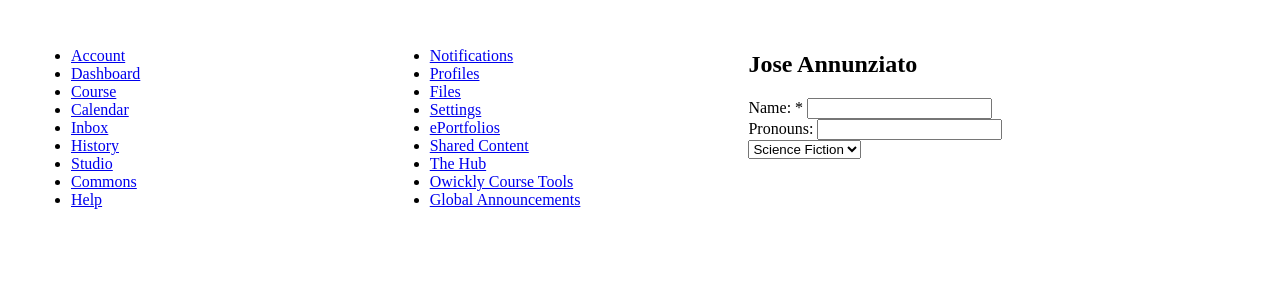
Repository: yuqiant/kanbas-react-web-app
Page: public/kanbas/profile/edit.html
An editor plug-in stored every save of this project. The page is shown before and after the next save, followed by the edit.
The browser window is 1280 px wide. The pictures show the whole page.

Above is the page before, as saved 2023-09-14 21:33:56.

### public/kanbas/profile/edit.html
<!DOCTYPE html>
<html lang="en">

<head>
    <meta charset="UTF-8">
    <meta name="viewport" content="width=device-width, initial-scale=1.0">
    <title>Column Interaction</title>
    <style>
        table {
            width: 100%;

        }

        td {
            width: 50%;
            border: 1px solid transparent;
            padding: 20px;
            vertical-align: top;
        }
    </style>
</head>

<body>
    <table>
        <tr>
            <td id="firstColumn" style="width: 150px;">
                <ul>
                    <li><a href="#">Account</a></li>
                    <li><a href="#">Dashboard</a></li>
                    <li><a href="#">Course</a></li>
                    <li><a href="#">Calendar</a></li>
                    <li><a href="#">Inbox</a></li>
                    <li><a href="#">History</a></li>
                    <li><a href="#">Studio</a></li>
                    <li><a href="#">Commons</a></li>
                    <li><a href="#">Help</a></li>
                </ul>
            </td>
            <td id="secondColumn" style="width: 150px;">
                <ul>
                    <li><a href="#">Notifications</a></li>
                    <li><a href="#">Profiles</a></li>
                    <li><a href="#">Files</a></li>
                    <li><a href="#">Settings</a></li>
                    <li><a href="#">ePortfolios</a></li>
                    <li><a href="#">Shared Content</a></li>
                    <li><a href="#">The Hub</a></li>
                    <li><a href="#">Owickly Course Tools</a></li>
                    <li><a href="#">Global Announcements</a></li>

                </ul>
            </td>
            <td id="thirdColumn" style="width: 250px;">
                <h2>Jose Annunziato</h2>

                <form id="text-fields">

                    <label for="text-fields-name">Name: *</label>
                    <input type="text" id="text-fields-name" /><br />
                    <label for="text-fields-pronouns">Pronouns:</label>
                    <input type="text" id="text-fields-name" /><br />

                    <select id="select-one-genre">
                        <option value="COMEDY">Comedy</option>
                        <option value="DRAMA">Drama</option>
                        <option selected value="SCIFI">
                            Science Fiction</option>
                        <option value="FANTASY">Fantasy</option>
                    </select>
                </form>


            </td>

        </tr>
    </table>

</body>

</html>

After the next save:
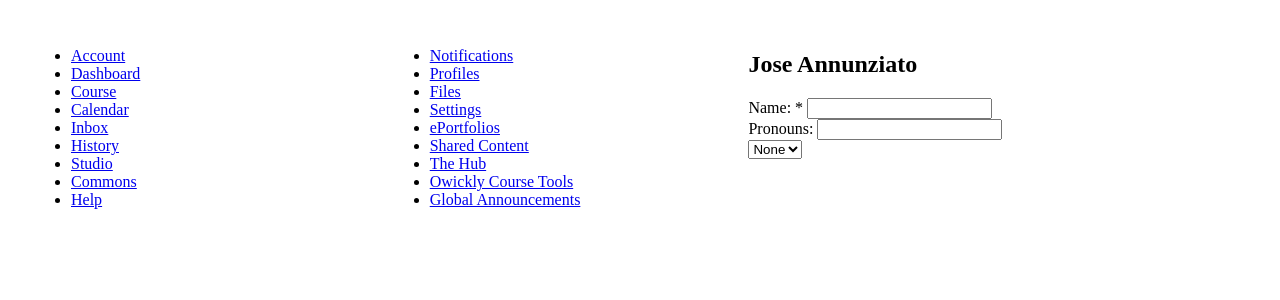
Saved 22 s later.
--- a/public/kanbas/profile/edit.html
+++ b/public/kanbas/profile/edit.html
@@ -61,11 +61,7 @@
                     <input type="text" id="text-fields-name" /><br />
 
                     <select id="select-one-genre">
-                        <option value="COMEDY">Comedy</option>
-                        <option value="DRAMA">Drama</option>
-                        <option selected value="SCIFI">
-                            Science Fiction</option>
-                        <option value="FANTASY">Fantasy</option>
+                        <option value="none">None</option>
                     </select>
                 </form>
 
